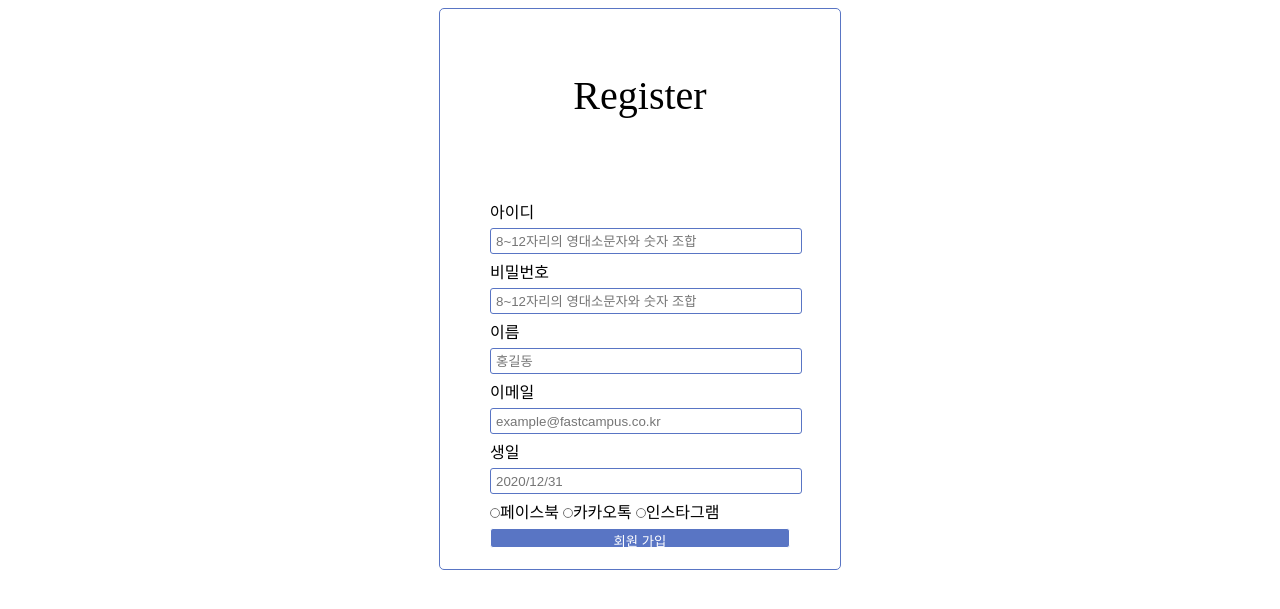
Repository: ksj2001/SpringBasic2024
Page: http://localhost/MVC_join/
The author's editor kept a copy of each file at every save. The page is drawn from the files as they stood at one save, then again after the next save.
The browser window is 1280 px wide. The pictures show the whole page.
The page is served by Tomcat 9. Other server files are loaded and not shown.

Above is the page before, as saved 2024-07-02 15:24:45.

### MVC_join/src/main/webapp/WEB-INF/views/index.jsp
<%@ page language="java" contentType="text/html; charset=UTF-8"
    pageEncoding="UTF-8"%>
<!DOCTYPE html>
<html>
<head>
<meta charset="UTF-8">
<title>Insert title here</title>
<style type="text/css">
	body{
		display: flex;
		justify-content: center;
		align-items: center;
	}
	.registerBox{
		width: 300px;
		height: 500px;
		border: 1px solid #5975C4;
		padding: 30px 50px;
		border-radius: 5px;
	}
	.registerBox h2{
		font-size: 40px;
		font-weight: 500;
		text-align: center;
		margin-bottom: 80px;
	}
	input{
		width: 100%;
		height: 20px;
		margin: 5px 0;
		padding: 2px 5px;
		border: 1px solid #5975C4;
		border-radius: 3px;
	}
	input[type=radio]{
		width:10px;
		height:10px;
	}
	input[type=submit]{
		border-color: white;
		color: white;
		background-color: #5975C4;
	}
</style>
</head>
<body>
	<div class="registerBox">
		<h2>Register</h2>
		<form action="member/register" method="post">
			<label>아이디</label><br>
			<input type="text" placeholder="8~12자리의 영대소문자와 숫자 조합"><br>
			<label>비밀번호</label><br>
			<input type="password" placeholder="8~12자리의 영대소문자와 숫자 조합"><br>
			<label>이름</label><br>
			<input type="text" placeholder="홍길동"><br>
			<label>이메일</label><br>
			<input type="text" placeholder="example@fastcampus.co.kr"><br>
			<label>생일</label><br>
			<input type="text" placeholder="2020/12/31"><br>
			<div class="selectSns">
				<input type="radio" name="sns" value="facebook">페이스북
				<input type="radio" name="sns" value="kakaotalk">카카오톡
				<input type="radio" name="sns" value="instagram">인스타그램
			</div>
			<input type="submit" value="회원 가입">
		</form>
	</div>
</body>
</html>

After the next save:
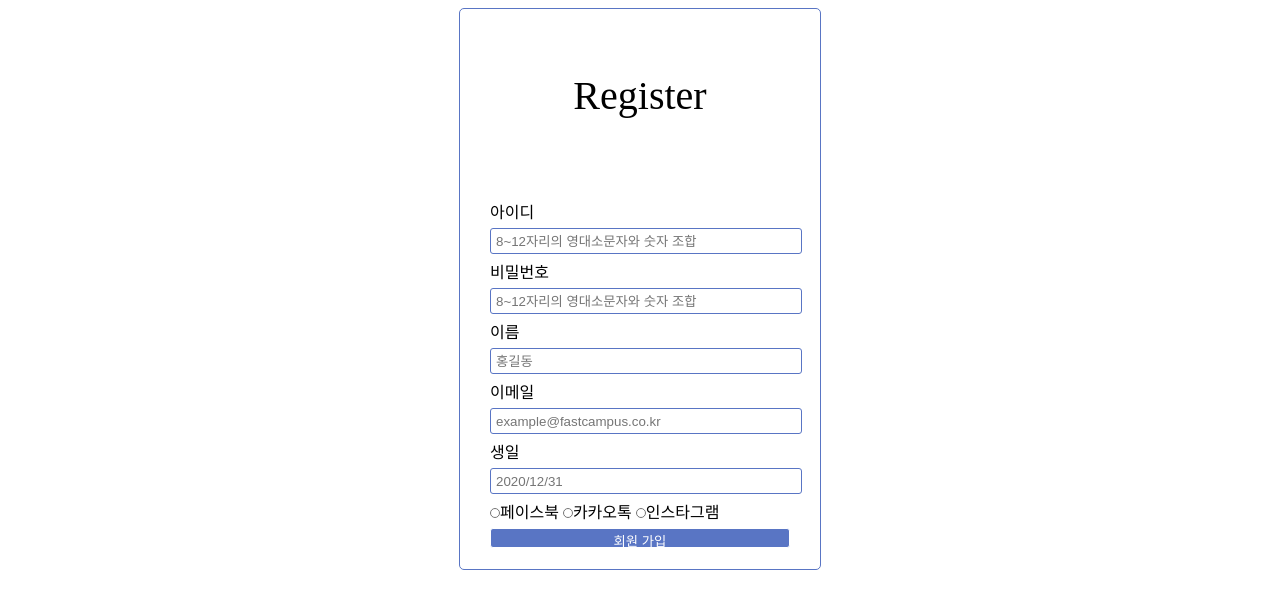
Saved 16 s later.
--- a/MVC_join/src/main/webapp/WEB-INF/views/index.jsp
+++ b/MVC_join/src/main/webapp/WEB-INF/views/index.jsp
@@ -15,7 +15,7 @@
 		width: 300px;
 		height: 500px;
 		border: 1px solid #5975C4;
-		padding: 30px 50px;
+		padding: 30px;
 		border-radius: 5px;
 	}
 	.registerBox h2{

After the save that followed:
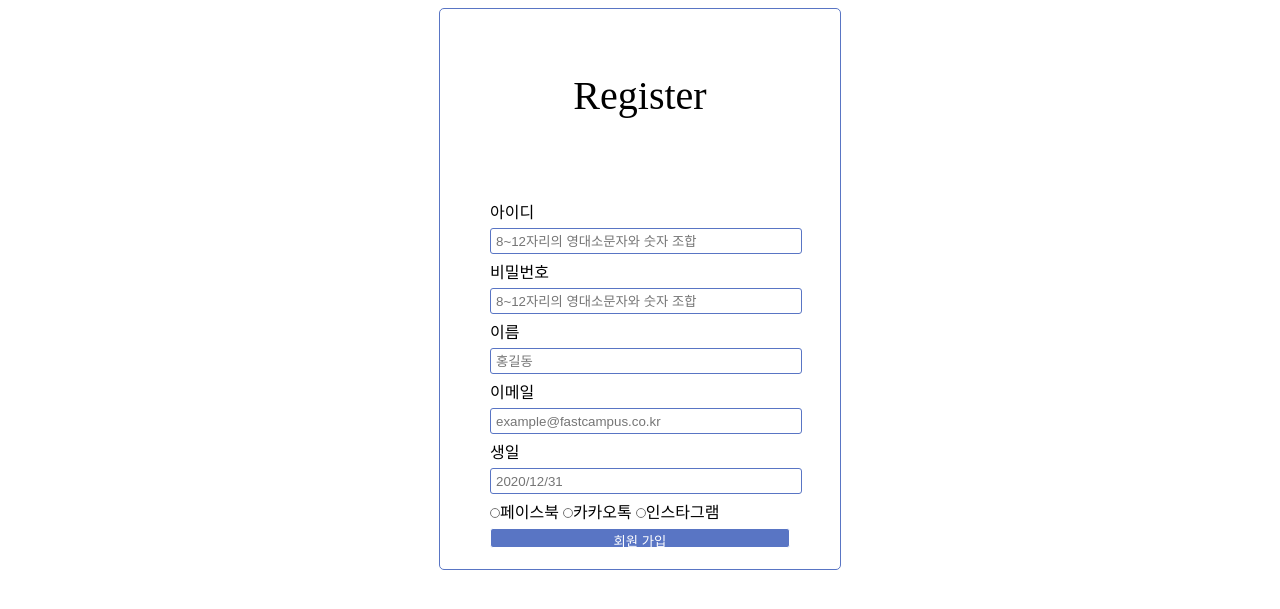
Saved 10 s later.
--- a/MVC_join/src/main/webapp/WEB-INF/views/index.jsp
+++ b/MVC_join/src/main/webapp/WEB-INF/views/index.jsp
@@ -15,7 +15,7 @@
 		width: 300px;
 		height: 500px;
 		border: 1px solid #5975C4;
-		padding: 30px;
+		padding: 30px 50px;
 		border-radius: 5px;
 	}
 	.registerBox h2{
